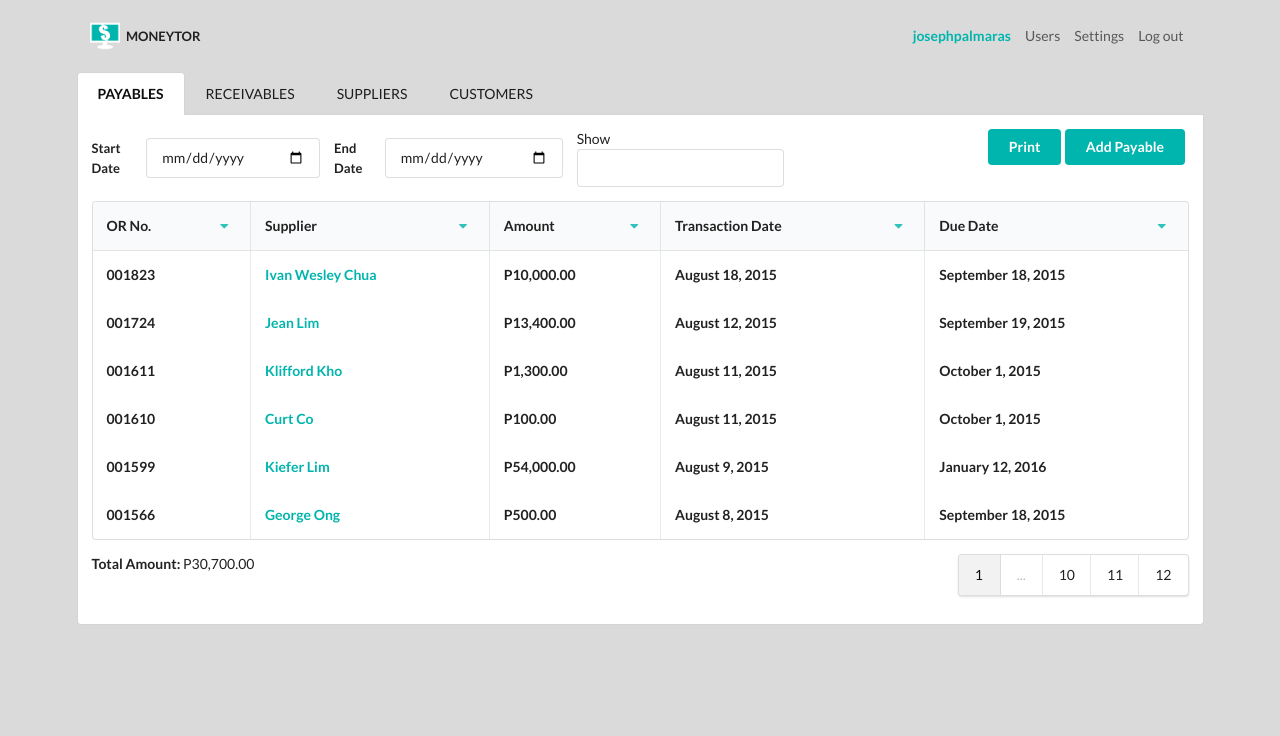
Repository: TV5/MoneyTor
Page: Workspace/MoneyTor/war/main.html
These files come from the project's save history. The page is drawn as it stood at one moment and after the next save; the edit follows.
The browser window is 1280 px wide. The pictures show the whole page.

Above is the page before, as saved 2015-08-19 14:43:11.

After the next save:
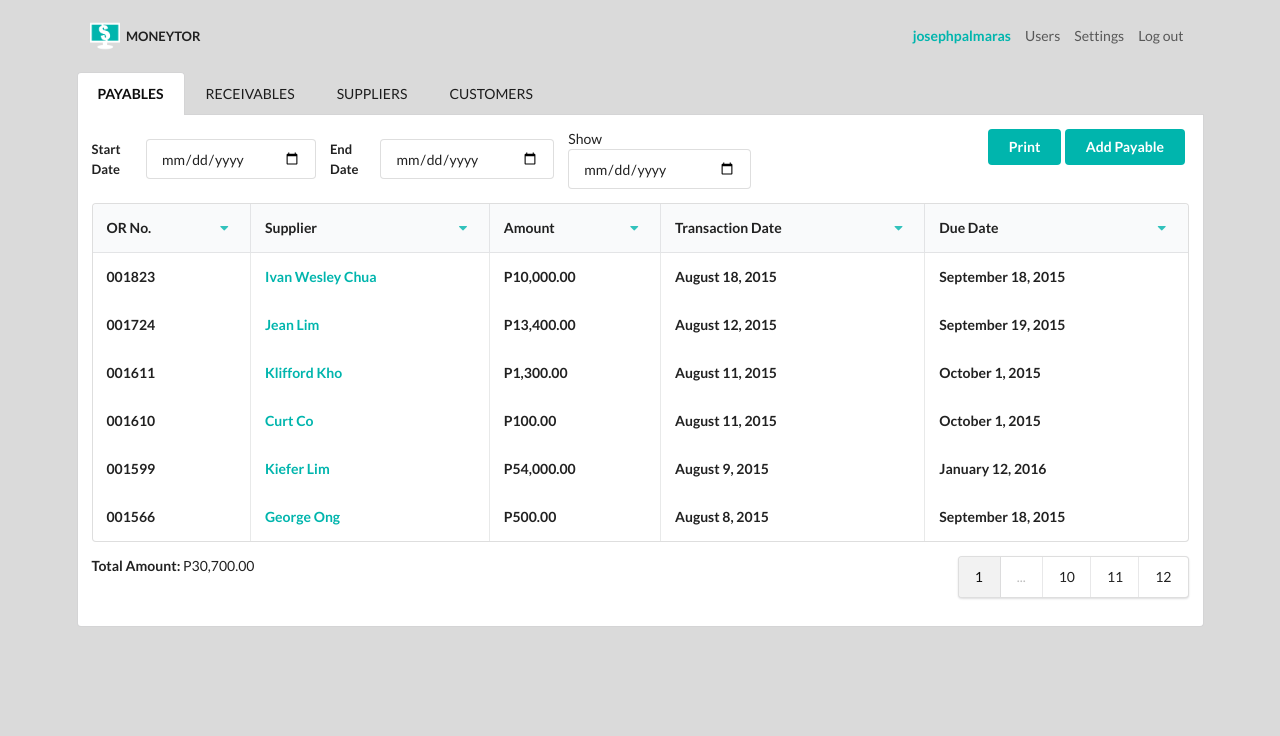
Saved 16 s later.
--- a/Workspace/MoneyTor/war/main.html
+++ b/Workspace/MoneyTor/war/main.html
@@ -117,7 +117,7 @@
 	    </div>
 	    <div class="four wide feild">
 	      <label>Show</label>
-	      <input type="number">
+	      <input type="date">
 	    </div>
 	    </div>
 	    <div class="three wide feild" style="float:right">
